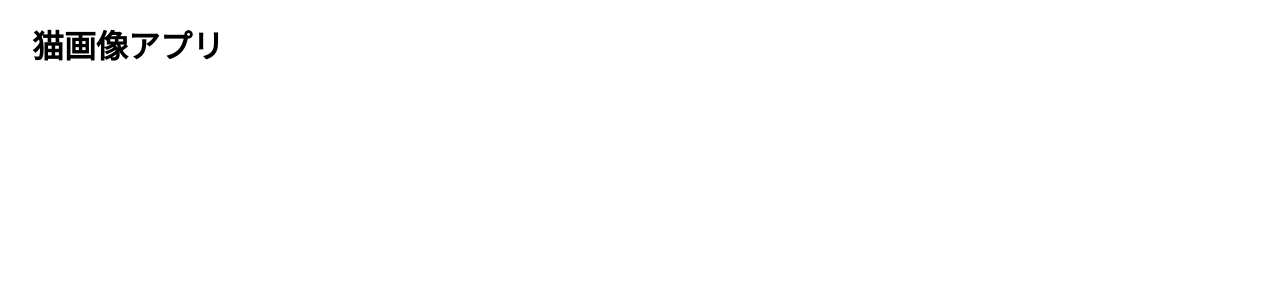
Repository: MitukiTakada/cat-image
Page: /
The author's editor kept a copy of each file at every save. The page is drawn from the files as they stood at one save, then again after the next save.
The browser window is 1280 px wide. The pictures show the whole page.
The project was rebuilt for these pictures with package versions that can differ from the ones it lists, and the page was loaded fresh each time. The framework's server and built-in components were replaced by stand-ins that run in the browser. Also part of the build but not shown: next.config.js.

Above is the page before, as saved 2022-09-06 09:49:22.

### pages/index.tsx
import type { NextPage } from 'next'
import Head from 'next/head'
import Image from 'next/image'
import styles from '../styles/Home.module.css'

const Home: NextPage = () => {
  return (
    <div className={styles.container}>
      <h1>猫画像アプリ</h1>
      <img src="" alt="" />

    </div>
  )
}

export default Home

Loaded but not shown: pages/_app.tsx (common file); styles/globals.css (common file); styles/Home.module.css (common file)

After the next save:
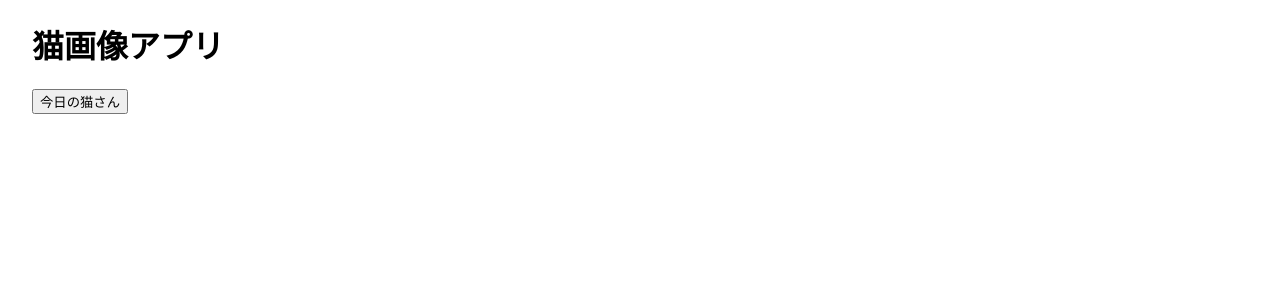
Saved 6 s later.
--- a/pages/index.tsx
+++ b/pages/index.tsx
@@ -8,7 +8,7 @@ const Home: NextPage = () => {
     <div className={styles.container}>
       <h1>猫画像アプリ</h1>
       <img src="" alt="" />
-
+      <button>今日の猫さん</button>
     </div>
   )
 }
